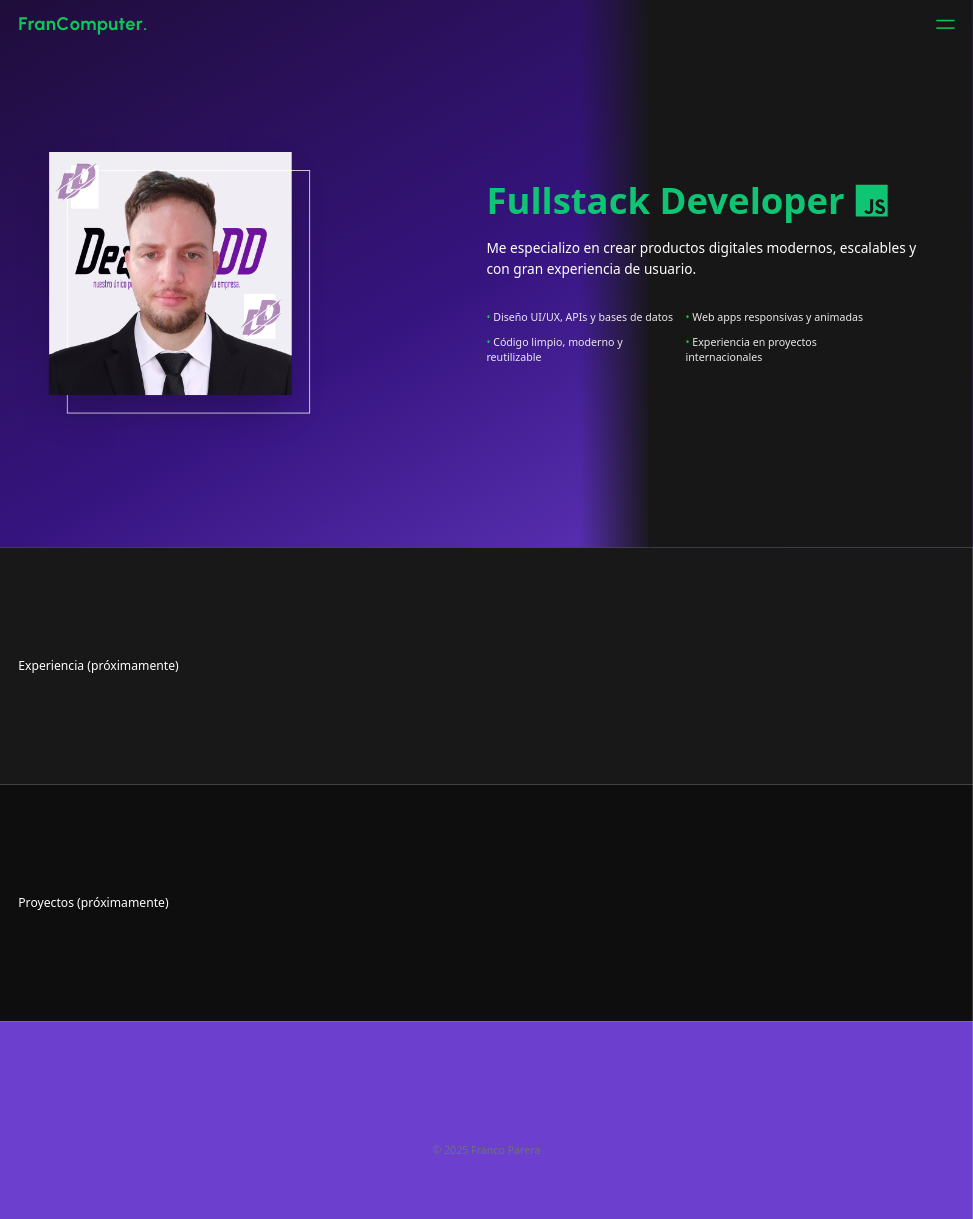
Repository: francoluca35/portfolio-franco-dev
Page: /
These files come from the project's save history. The page is drawn as it stood at one moment and after the next save; the edit follows.
The browser window is 1280 px wide. The pictures show the whole page, at 76% of full size.
The project was rebuilt for these pictures with package versions that can differ from the ones it lists, and the page was loaded fresh each time. The framework's server and built-in components were replaced by stand-ins that run in the browser. Also part of the build but not shown: next.config.js.

Above is the page before, as saved 2025-05-06 02:27:45.

After the next save:
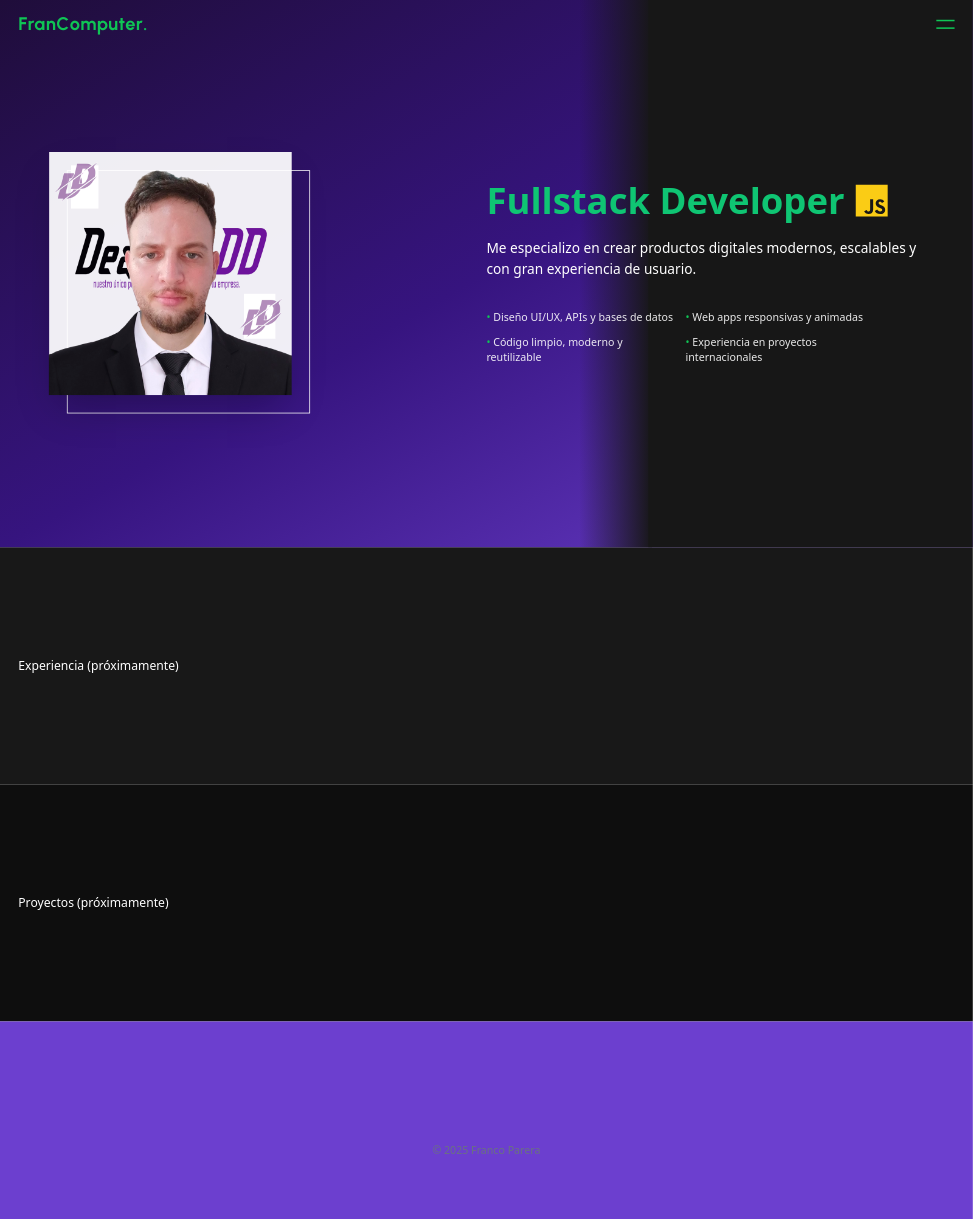
Saved 52 s later.
--- a/components/Hero.jsx
+++ b/components/Hero.jsx
@@ -45,7 +45,7 @@ export default function Hero() {
             className="text-4xl sm:text-5xl font-extrabold text-[#0fc573] flex items-center gap-3"
           >
             Fullstack Developer
-            <FaJs className="text-4xl sm:text-5xl" />
+            <FaJs className="text-4xl sm:text-5xl text-yellow-400" />
           </motion.h1>
 
           <motion.p
